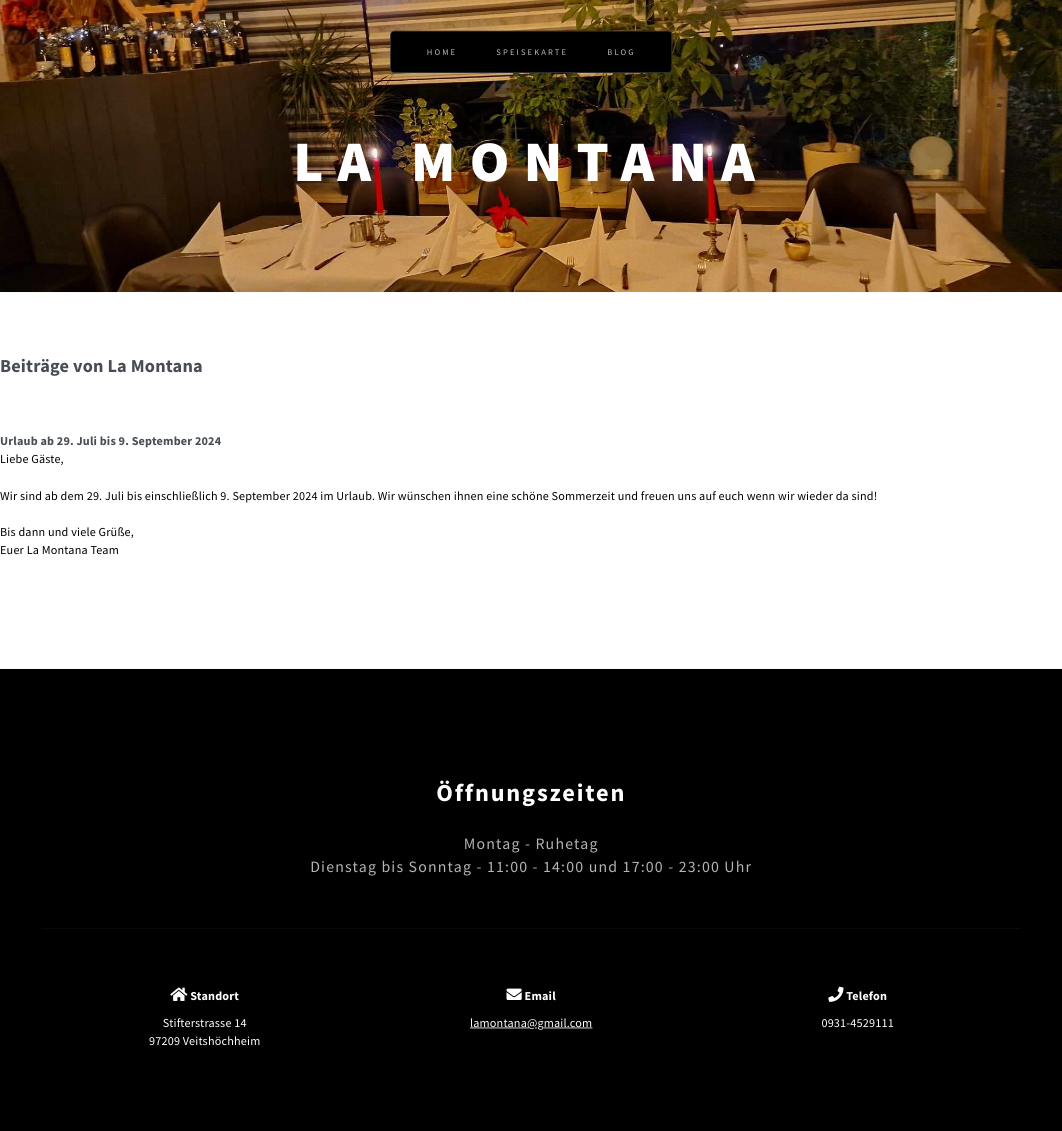
Repository: restaurantlamontana/restaurantlamontana.github.io
Page: blog.html
These files come from the project's save history. The page is drawn as it stood at one moment and after a run of saves; the edit follows.
The browser window is 1280 px wide. The pictures show the whole page, at 83% of full size.

Above is the page before, as saved 2024-07-14 18:50:29.

After the next 2 saves:
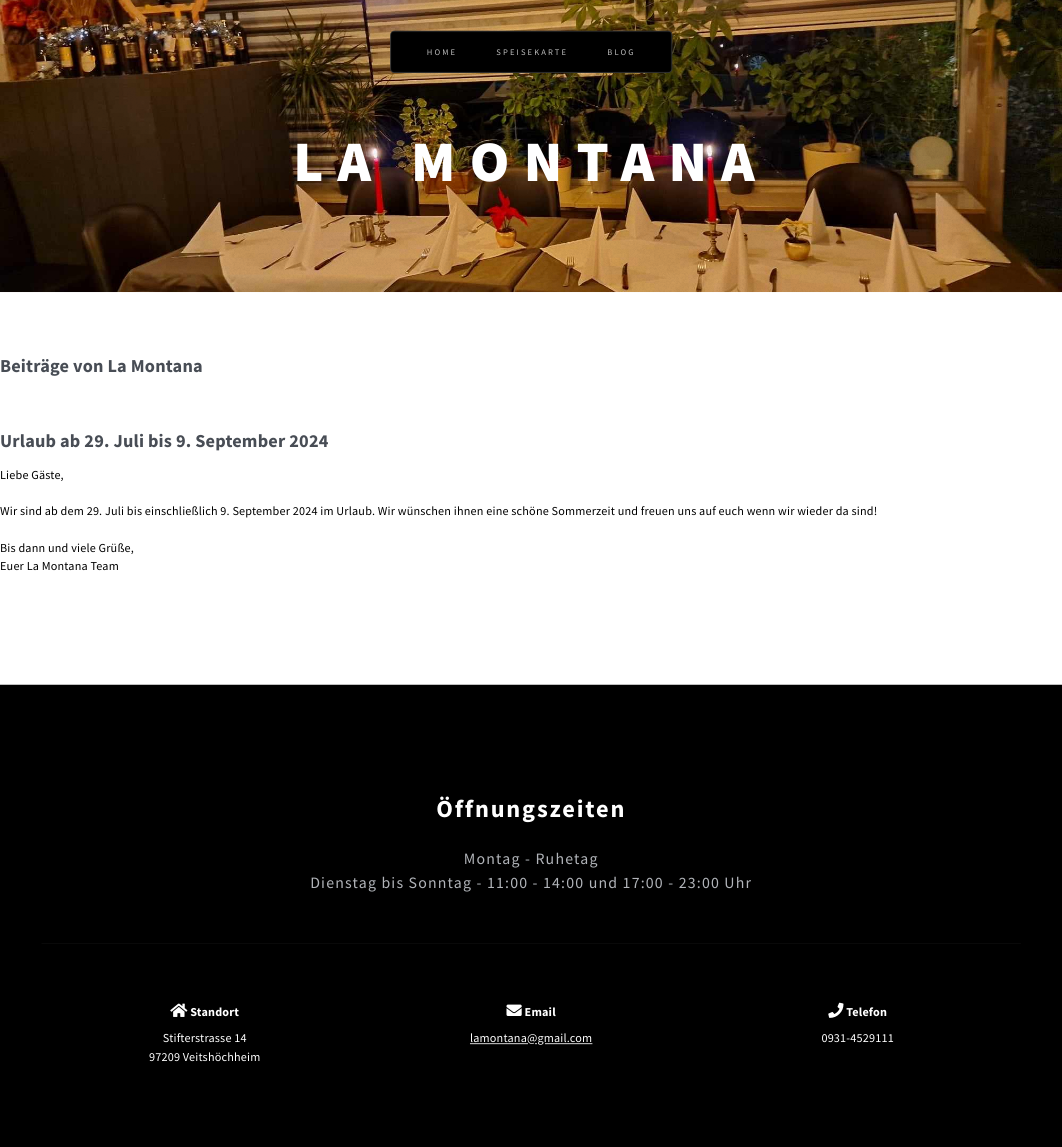
The 2 saves are shown as one change because they came seconds apart.
The last was saved 10 s later.
--- a/blog.html
+++ b/blog.html
@@ -36,7 +36,7 @@
 						<h1>Beiträge von La Montana</h1>
 						<div>
 						<p>Beitrag vom 14.06.2024:</p>
-						<h3>Urlaub ab 29. Juli bis 9. September 2024</h3>
+						<h2>Urlaub ab 29. Juli bis 9. September 2024</h2>
 						<p style="color: black;">
 							Liebe Gäste,
 							<br>
